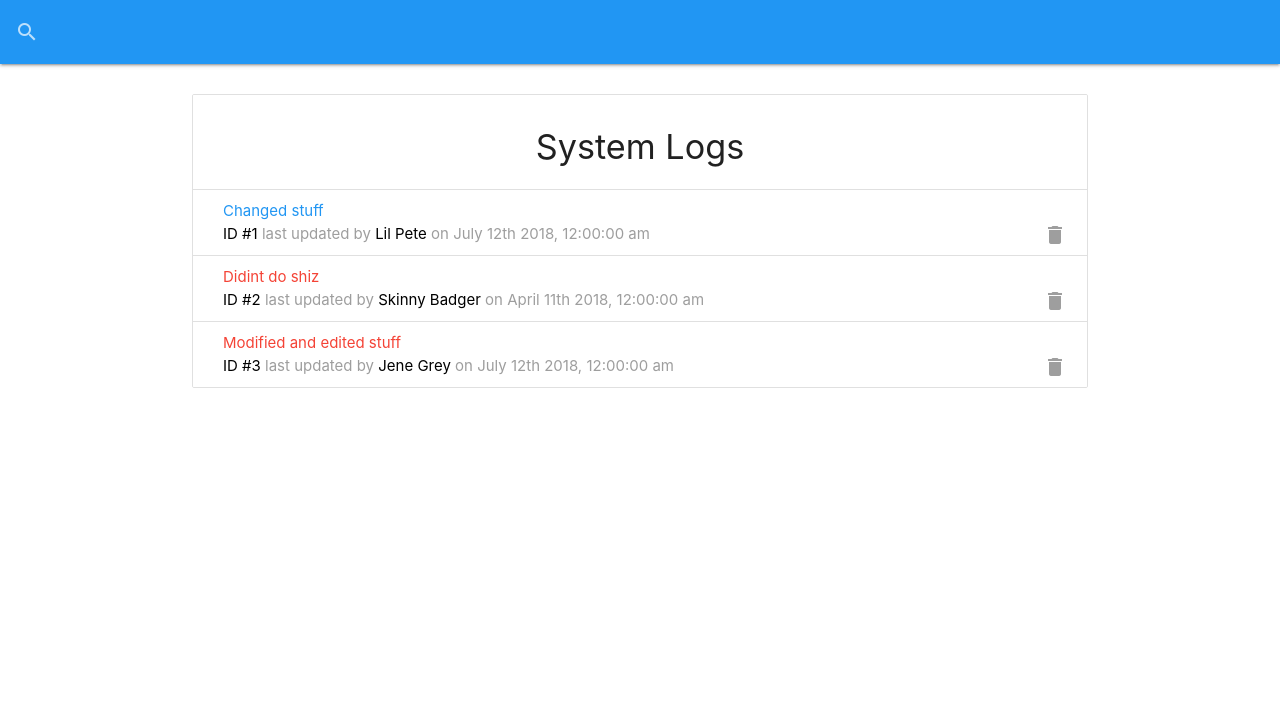
Repository: chinmayparab/log-keeper
Page: /
An editor plug-in stored every save of this project. The page is shown before and after the next save, followed by the edit.
The browser window is 1280 px wide. The pictures show the whole page.
The project was rebuilt for these pictures with package versions that can differ from the ones it lists, and the page was loaded fresh each time. Requests to the local data server were answered from the project's data file. Also part of the build but not shown: src/App.css.

Above is the page before, as saved 2020-06-27 00:55:19.

After the next save:
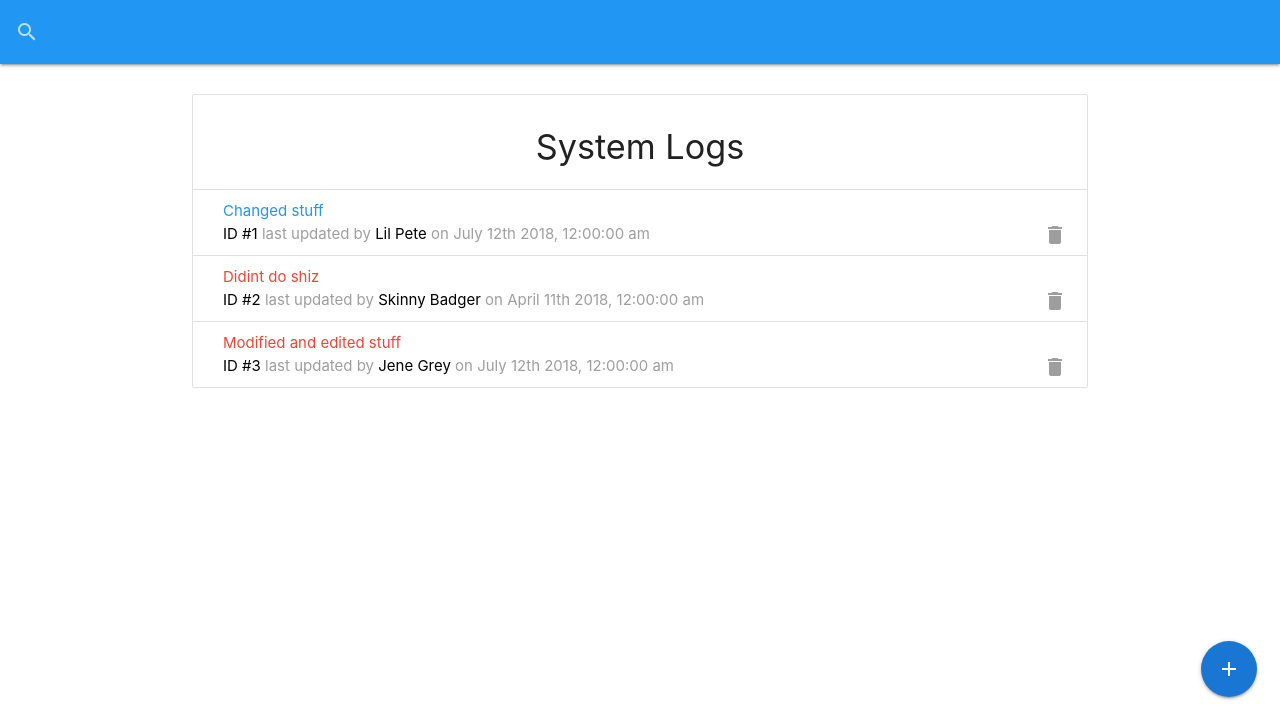
Saved 25 s later.
--- a/src/App.js
+++ b/src/App.js
@@ -16,6 +16,7 @@ const App = () => {
     <Fragment>
       <SearchBar />
       <div className='container'>
+        <AddBtn />
         <Logs />
       </div>
     </Fragment>
